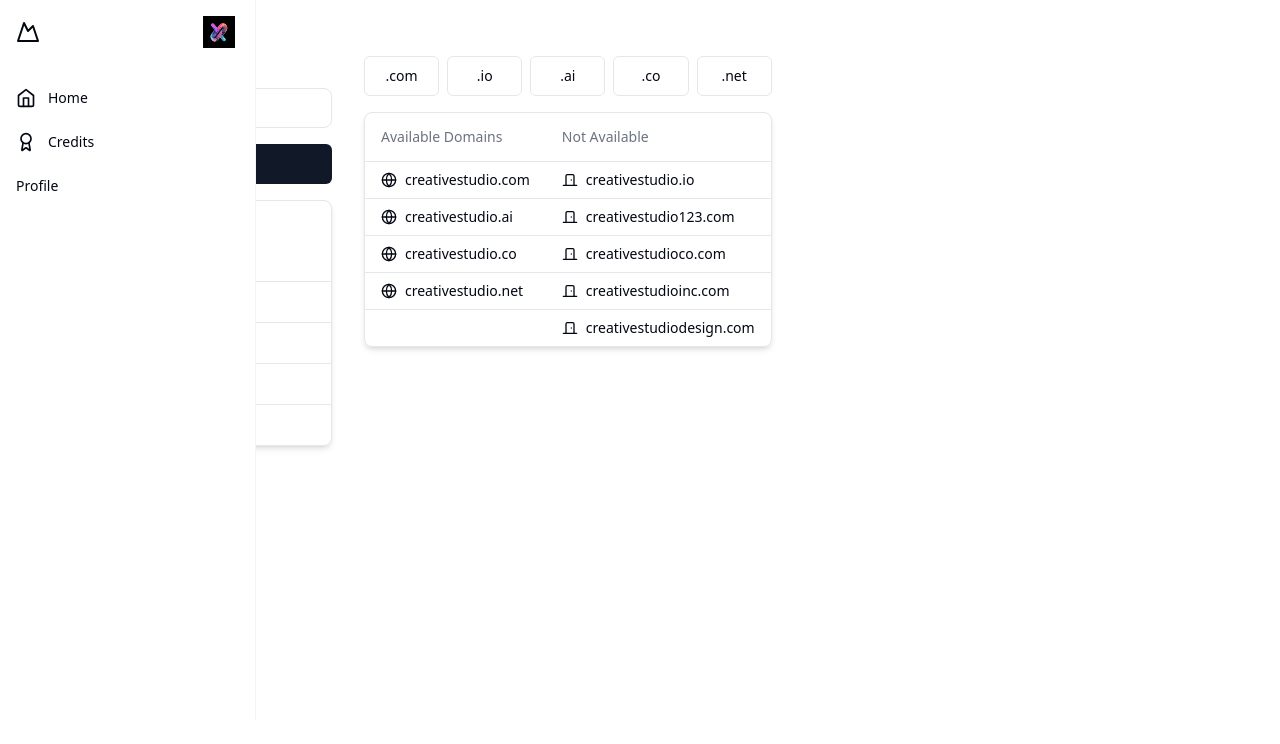
Repository: EliDorf/nyme
Page: /
The author's editor kept a copy of each file at every save. The page is drawn from the files as they stood at one save, then again after the next save.
The browser window is 1280 px wide. The pictures show the whole page.
The page's requests for data from a server got no answer. The project was rebuilt for these pictures with package versions that can differ from the ones it lists, and the page was loaded fresh each time. Some packages were replaced by stand-ins written for this rebuild. The framework's server and built-in components were replaced by stand-ins that run in the browser. No one was signed in, and anything a server would have sent is missing. Also part of the build but not shown: next.config.mjs, lib/utils.ts, components/ui/alert-dialog.tsx, components/shared/InsufficientCreditsModal.tsx.

Above is the page before, as saved 2024-07-27 23:13:17.

After the next save:
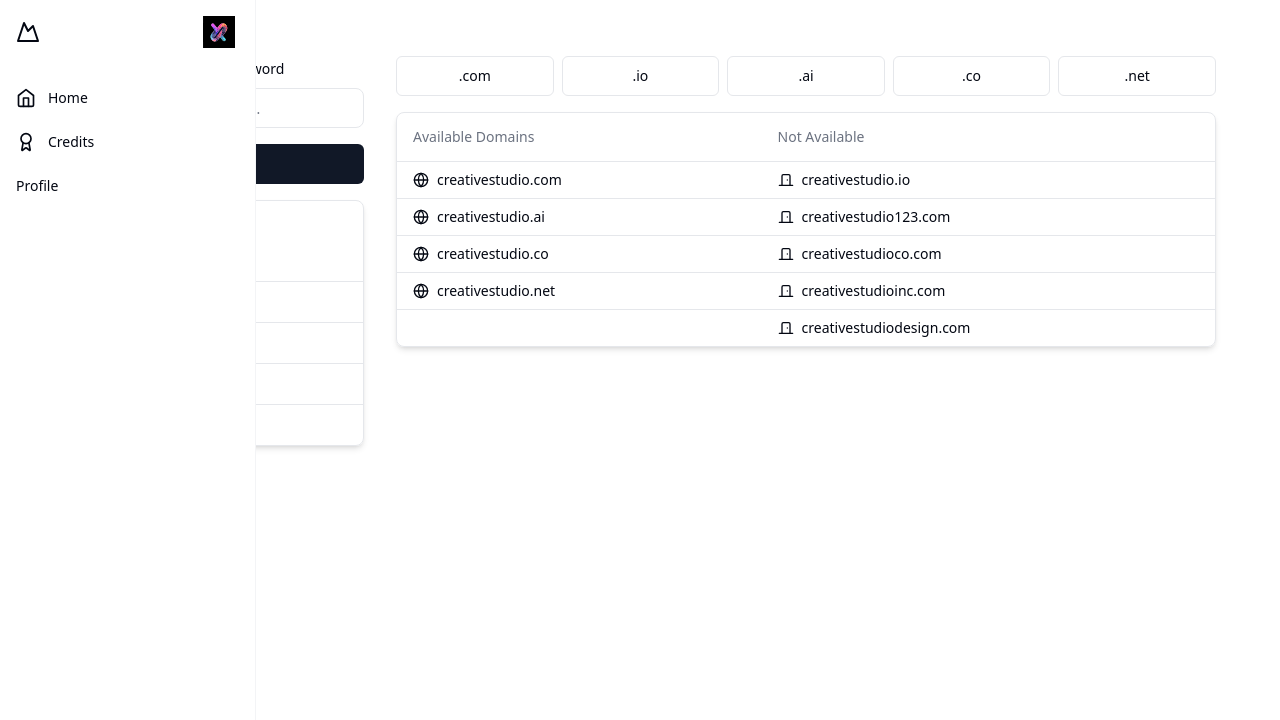
Saved 19 s later.
--- a/app/globals.css
+++ b/app/globals.css
@@ -204,8 +204,3 @@
   font-weight: 600;
   color: #384262;
 }
-
-main {
-  display: flex;
-  min-height: 100vh;
-}
